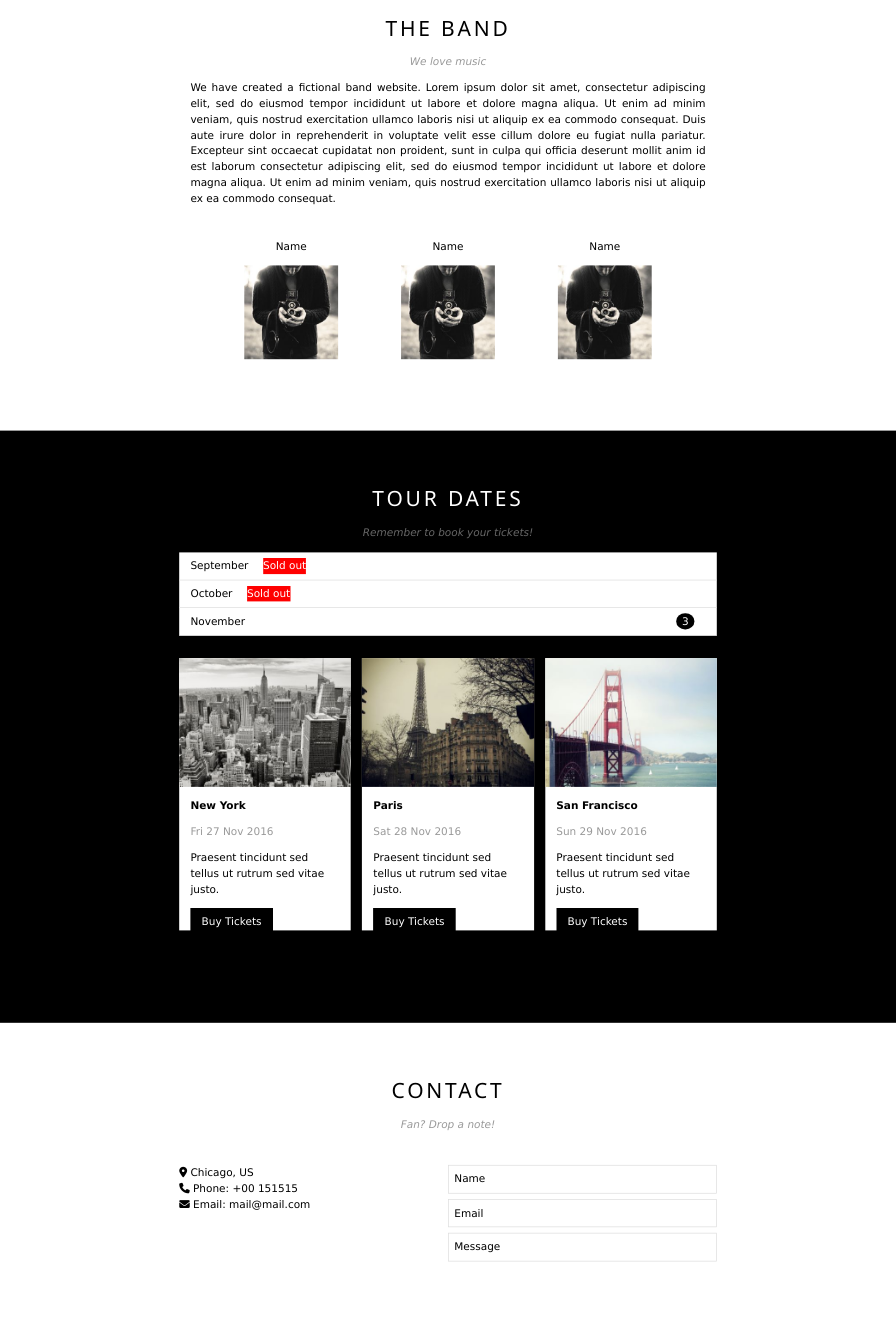
Repository: ngotranphuongbao/theband
Page: index.html
An editor plug-in stored every save of this project. The page is shown before and after the next save, followed by the edit.
The browser window is 1280 px wide. The pictures show the part of the page from y = 743 to 2663 px (the page is 2663 px tall), at 70% of full size.
Some web libraries are served in a nearby version.

Above is the page before, as saved 2022-12-22 07:34:05.

After the next save:
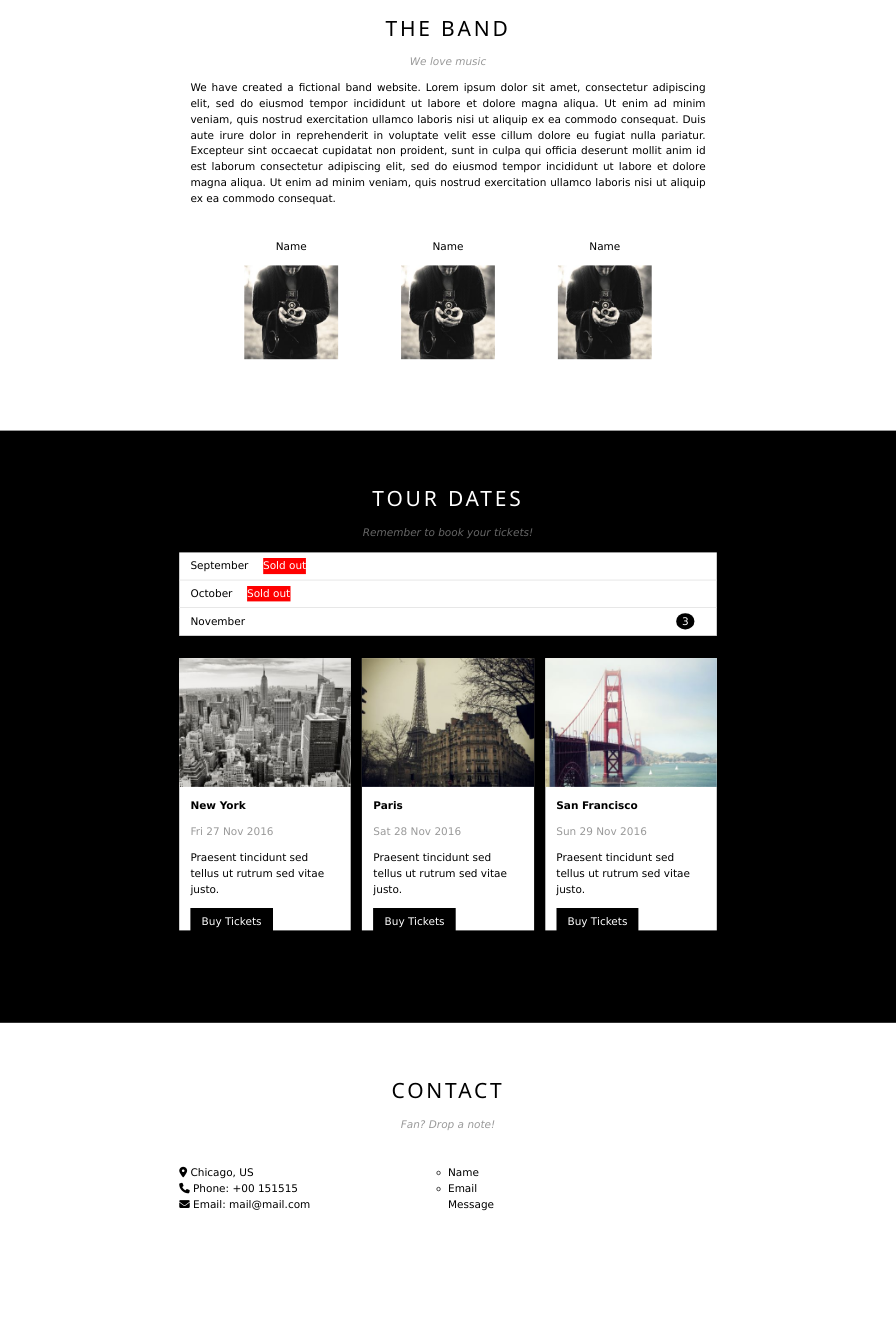
Saved 4 min 2 s later.
--- a/index.html
+++ b/index.html
@@ -147,9 +147,13 @@
                         </ul>
 
                         <ul id="audience">
-                            <li>Name</li>
-                            <li>Email</li>
-                            <li>Message</li>
+                            <div id="name-email">
+                                <ul>
+                                    <li>Name</li>
+                                    <li>Email</li>
+                                </ul>
+                            </div>
+                            <div id="message">Message</div>
                         </ul>
                     </div>
 
--- a/assets/css/style.css
+++ b/assets/css/style.css
@@ -303,7 +303,7 @@ html {
     float: right;
 }
 
-#audience > li {
+#name-email > li {
     display: block;
     margin-bottom: 8px;
     padding: 8px;
